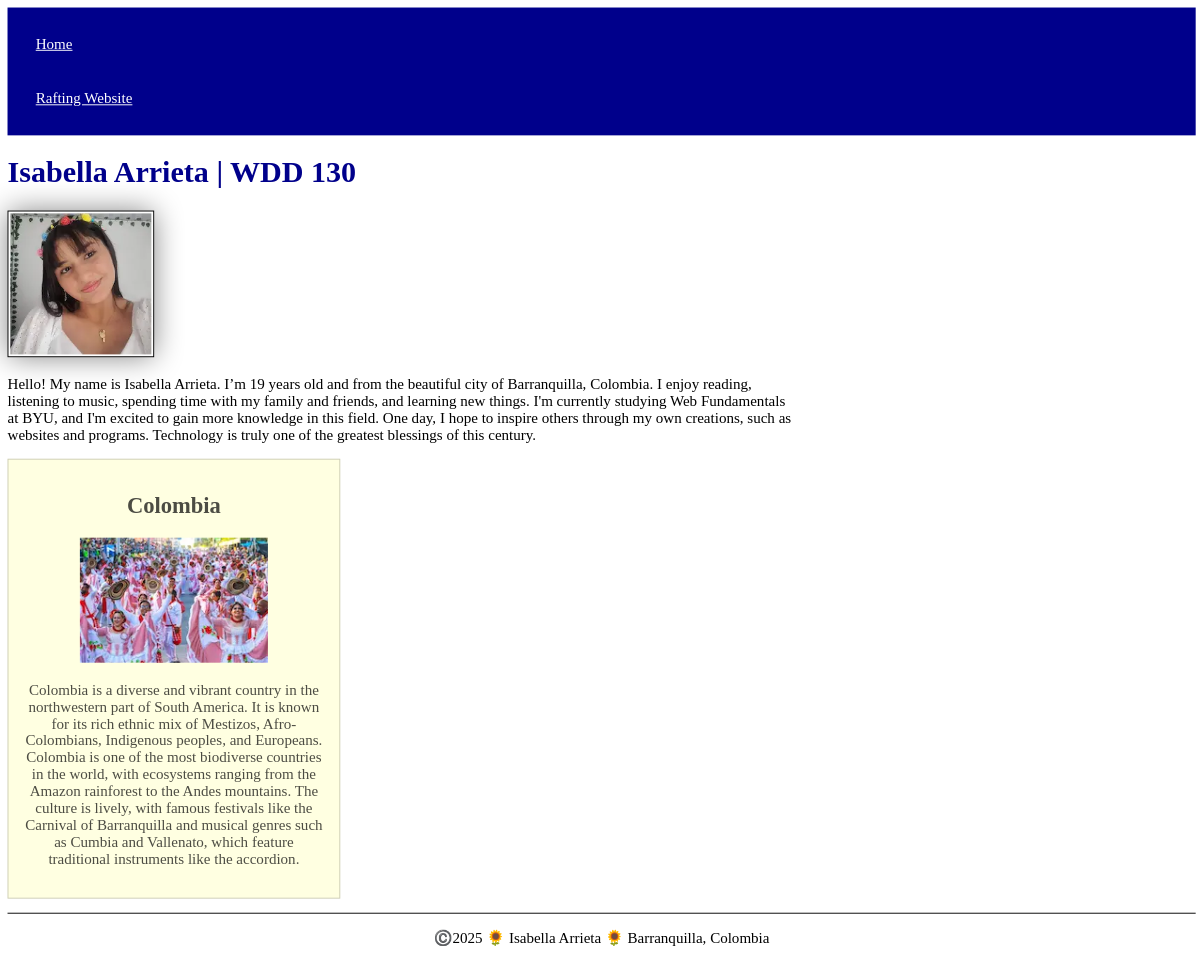
Repository: isaAJ05/wdd130
Page: index.html
These files come from the project's save history. The page is drawn as it stood at one moment and after the next save; the edit follows.
The browser window is 1280 px wide. The pictures show the whole page, at 94% of full size.

Above is the page before, as saved 2025-05-15 13:16:17.

After the next save:
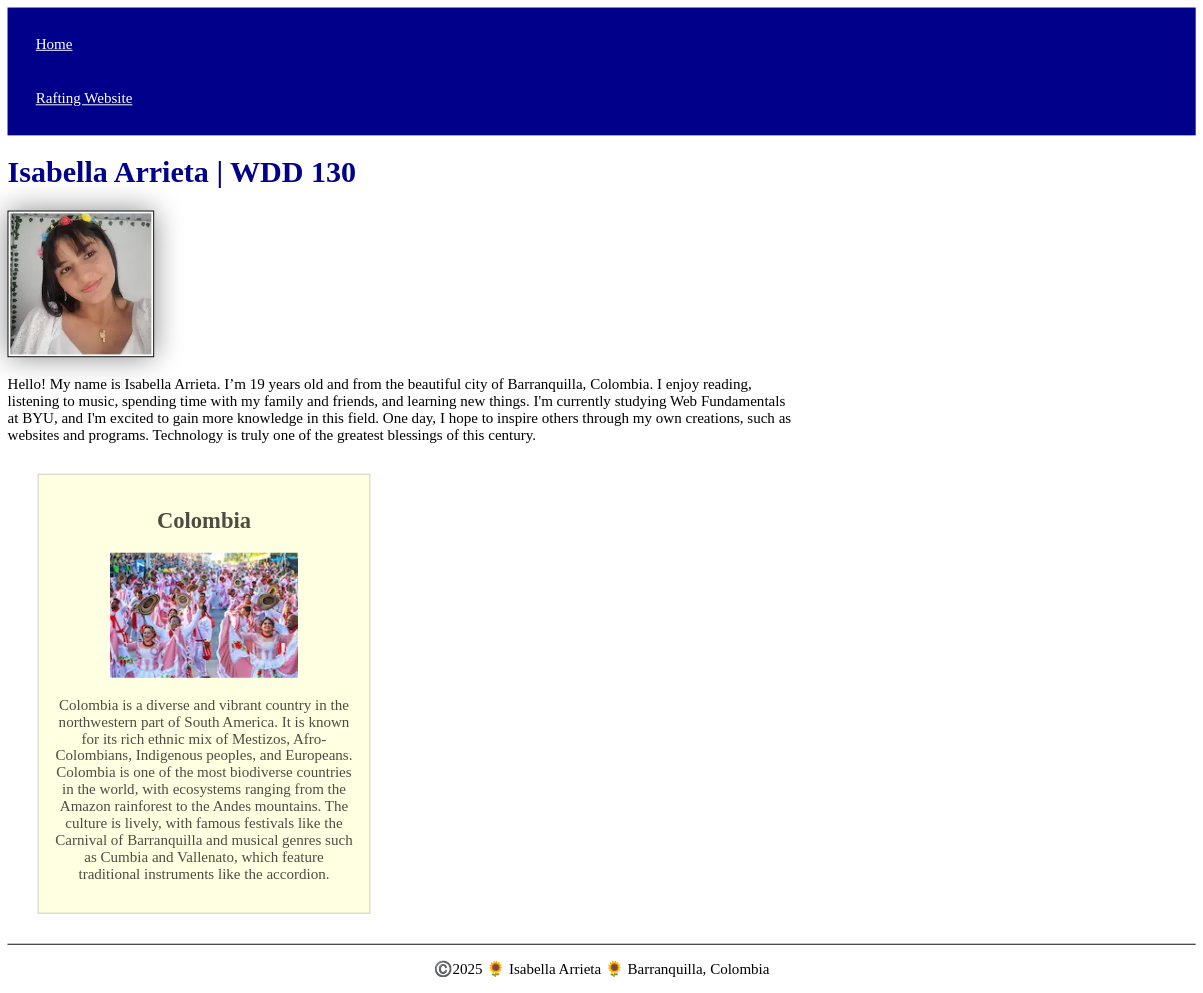
Saved 31 s later.
--- a/styles/styles.css
+++ b/styles/styles.css
@@ -31,7 +31,7 @@
 
 aside{
     width: 20rem;
-    margin: 0;
+    margin: 2rem;
     border: 1px solid rgb(0 0 0 / 0.2);
     padding: 1rem;
     background-color: #FFFFE1;

After the save that followed:
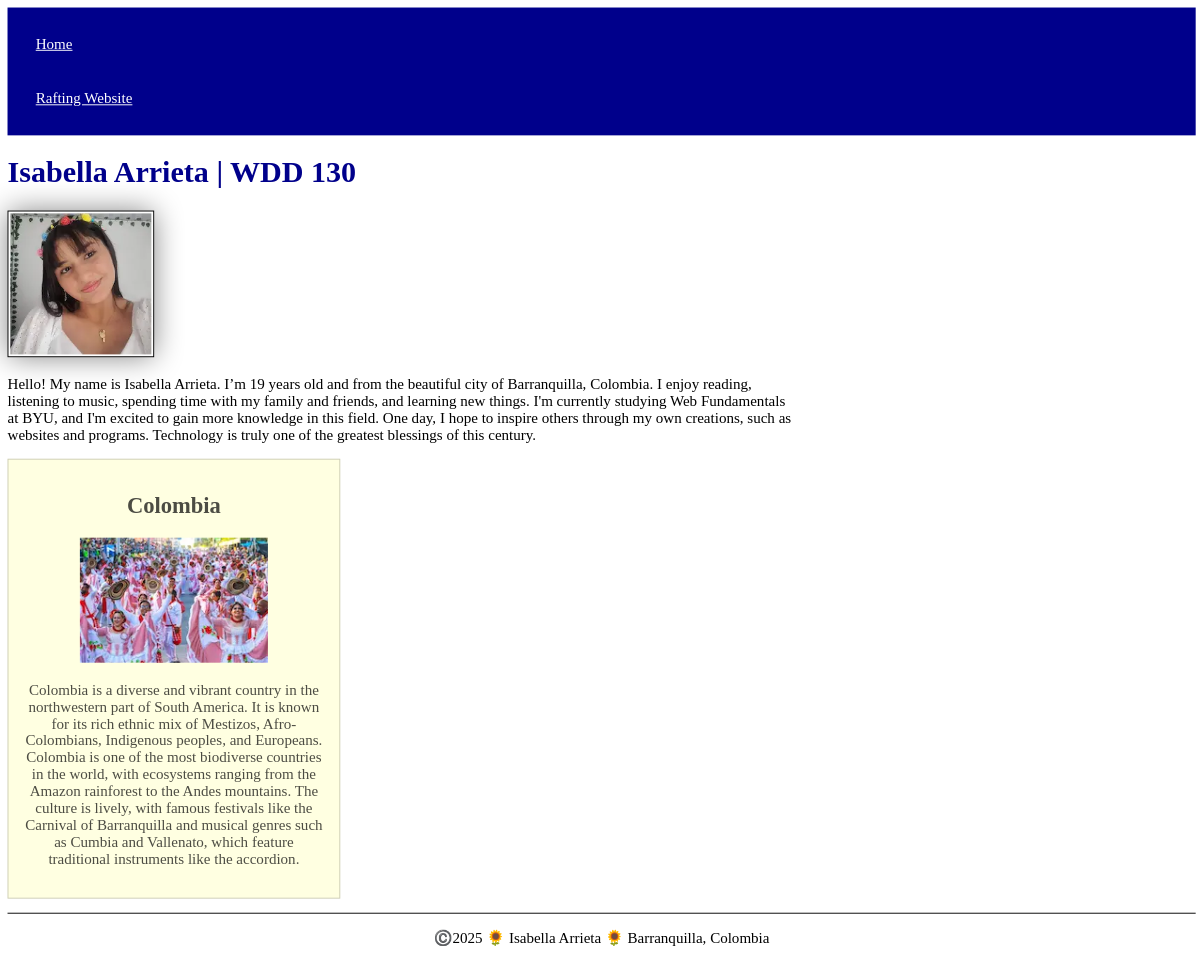
Saved 16 s later.
--- a/styles/styles.css
+++ b/styles/styles.css
@@ -31,7 +31,7 @@
 
 aside{
     width: 20rem;
-    margin: 2rem;
+    margin: 0;
     border: 1px solid rgb(0 0 0 / 0.2);
     padding: 1rem;
     background-color: #FFFFE1;
